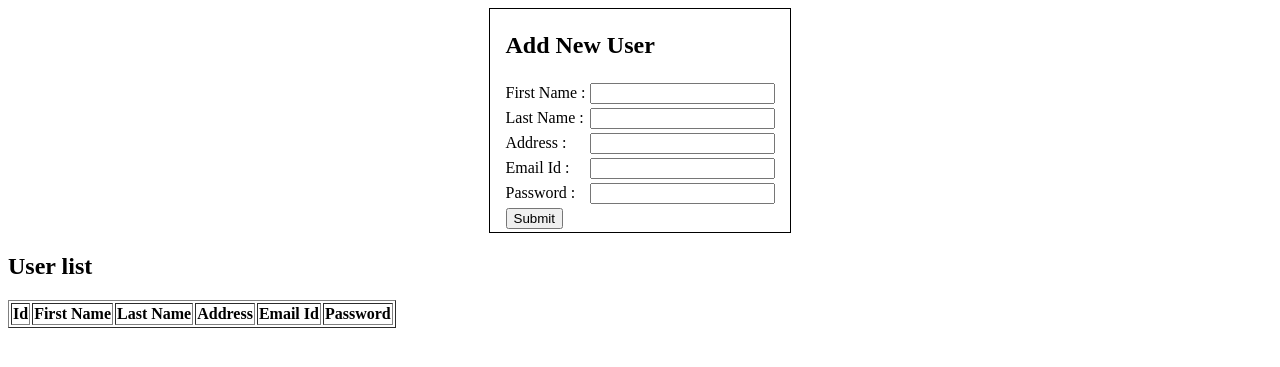
Repository: anilyadav87/CRUD-APPLICATION-TTT-
Page: http://localhost/SpringForm/WEB-INF/views/index.jsp
These files come from the project's save history. The page is drawn as it stood at one moment and after the next save; the edit follows.
The browser window is 1280 px wide. The pictures show the whole page.
The page is served by Tomcat 9. Nobody is signed in. Other server files are loaded and not shown. The template is opened directly, without the code that normally fills it, so the values that code supplies are empty.

Above is the page before, as saved 2018-06-13 04:26:46.

### projects_Hibernate_Spring/SpringForm/src/main/webapp/WEB-INF/views/index.jsp
<%@ page language="java" contentType="text/html; charset=ISO-8859-1"
    pageEncoding="ISO-8859-1"%>
 <%@ taglib prefix="form" uri="http://www.springframework.org/tags/form" %>
<%@ taglib uri="http://java.sun.com/jsp/jstl/core" prefix="c"%>
<%@ page isELIgnored="false" %>
<!DOCTYPE html PUBLIC "-//W3C//DTD HTML 4.01 Transitional//EN" "http://www.w3.org/TR/html4/loose.dtd">
<html>
<head>
<meta http-equiv="Content-Type" content="text/html; charset=ISO-8859-1">
<title>Insert title here</title>
</head>
<body>
<center>
<div style="border:1px solid black;width:300px">
<form:form action="${adduser}" modelAttribute="user">
<table>
	<tr>
		<td colspan="2"><h2>Add New User</h2>
	</tr>
	<tr>
		<td>First Name :</td>
		<td><form:input path="firstName"/></td>
	</tr>
	<tr>
		<td>Last Name :</td>
		<td><form:input path="lastName"/></td>
	</tr>
	<tr>
		<td>Address :</td>
		<td><form:input path="address"/></td>
	</tr>
	<tr>
		<td>Email Id :</td>
		<td><form:input path="eMail"/></td>
	</tr>
	<tr>
		<td>Password :</td>
		<td><form:password path="password"/></td>
	</tr>
	<tr>
		<td><input type="submit"/></td>
	</tr>
</table>
</form:form>
</div>
</center>

<h2>User list</h2>
<table border="1px black">
		<tr>
			<th>Id</th>
			<th>First Name</th>
			<th>Last Name</th>
			<th>Address</th>
			<th>Email Id</th>
			<th>Password</th>
		</tr>
		<c:forEach items="${userList}" var="user">
			<tr>
				<td>${user.userId}</td>
				<td>${user.firstName}</td>
				<td>${user.lastName}</td>
				<td>${user.address}</td>
				<td>${user.eMail}</td>
				<td>${user.password}</td>
				<td>Update | Delete</td>
				<td><a href="edituser${user.userId}">Update</a></td>
				<td><a href="deleteuser${user.userId}">Delete</a></td>
			</tr>
		</c:forEach>
	</table>
</body>
</html>

After the next save:
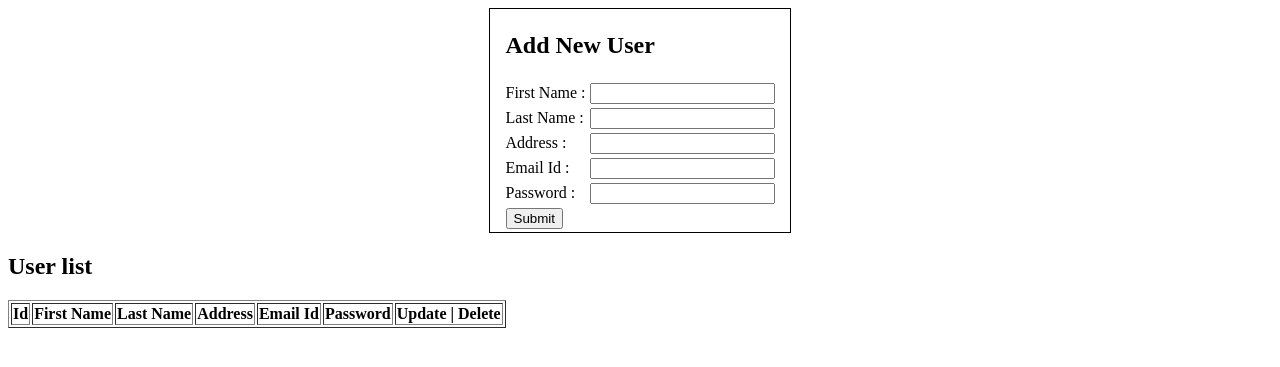
Saved 42 s later.
--- a/projects_Hibernate_Spring/SpringForm/src/main/webapp/WEB-INF/views/index.jsp
+++ b/projects_Hibernate_Spring/SpringForm/src/main/webapp/WEB-INF/views/index.jsp
@@ -54,6 +54,7 @@
 			<th>Address</th>
 			<th>Email Id</th>
 			<th>Password</th>
+			<th>Update | Delete</th>
 		</tr>
 		<c:forEach items="${userList}" var="user">
 			<tr>
@@ -63,7 +64,6 @@
 				<td>${user.address}</td>
 				<td>${user.eMail}</td>
 				<td>${user.password}</td>
-				<td>Update | Delete</td>
 				<td><a href="edituser${user.userId}">Update</a></td>
 				<td><a href="deleteuser${user.userId}">Delete</a></td>
 			</tr>
